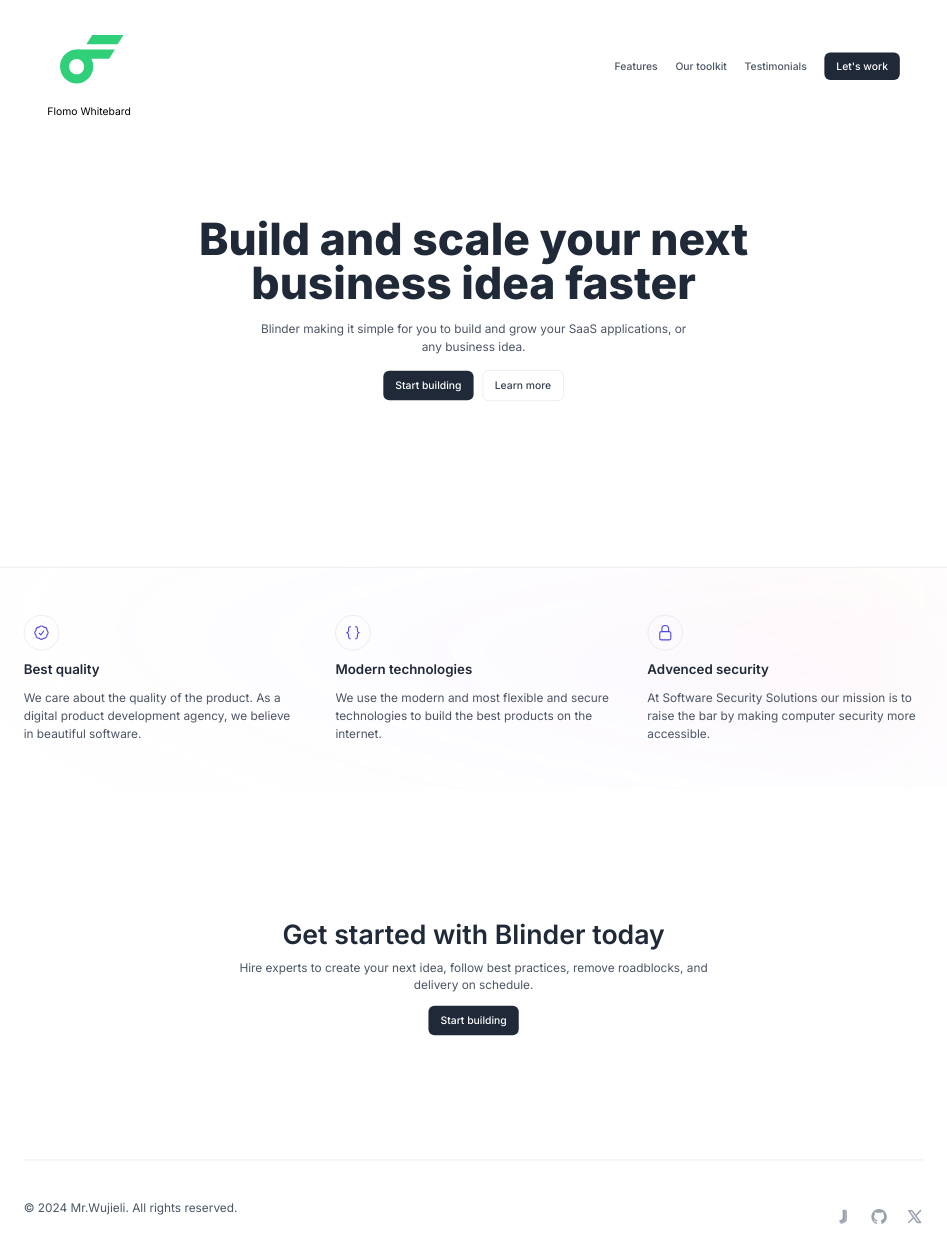
Repository: wujieli0207/flomo-board
Page: /
These files come from the project's save history. The page is drawn as it stood at one moment and after the next save; the edit follows.
The browser window is 1280 px wide. The pictures show the whole page, at 74% of full size.
The project was rebuilt for these pictures with package versions that can differ from the ones it lists, and the page was loaded fresh each time. The framework's server and built-in components were replaced by stand-ins that run in the browser. Also part of the build but not shown: next.config.mjs.

Above is the page before, as saved 2024-06-22 19:59:23.

### app/page.tsx
import GradientWrapper from '@/components/GradientWrapper'
import Features from '@/components/ui/Features'
import Footer from '@/components/ui/Footer'
import FooterCTA from '@/components/ui/FooterCTA'
import Hero from '@/components/ui/Hero'
import Navbar from '@/components/ui/Navbar'

export default function Home() {
  return (
    <>
      <Navbar />
      <main className="flex min-h-screen flex-col items-center justify-between">
        <Hero />
        <GradientWrapper>
          <Features />
        </GradientWrapper>
        <FooterCTA />
      </main>
      <Footer />
    </>
  )
}

### app/globals.css
@tailwind base;
@tailwind components;
@tailwind utilities;

.custom-screen {
  @apply max-w-screen-xl mx-auto px-4 md:px-8;
}

.gradient-border {
  border: 1px solid transparent;
  background: linear-gradient(white, white),
    linear-gradient(
      25deg,
      rgba(209, 213, 219, 1),
      rgba(209, 213, 219, 1),
      rgba(0, 0, 0, 0.63),
      rgba(209, 213, 219, 1),
      rgba(209, 213, 219, 1)
    );
  background-clip: padding-box, border-box;
  background-origin: padding-box, border-box;
}

### components/GradientWrapper.tsx
import { ReactNode } from 'react'

interface IProps {
  children: ReactNode
  className?: string
}

const GradientWrapper = ({ children, className = '' }: IProps) => (
  <div
    className={`relative overflow-hidden my-16 border-t sm:my-28 ${
      className ?? ''
    }`}
  >
    <div
      className="blur-[100px] absolute inset-0 w-full h-full"
      style={{
        background:
          'linear-gradient(202.72deg, rgba(237, 78, 80, 0.05) 14.76%, rgba(152, 103, 240, 0.04) 34.37%, rgba(152, 103, 240, 0) 86.62%)',
      }}
    ></div>
    <div className="relative">{children}</div>
  </div>
)

export default GradientWrapper

### components/ui/Features/index.tsx
import SectionWrapper from '../../SectionWrapper'

const Features = () => {
  const features = [
    {
      icon: (
        <svg
          xmlns="http://www.w3.org/2000/svg"
          fill="none"
          viewBox="0 0 24 24"
          strokeWidth={1.5}
          stroke="currentColor"
          className="w-6 h-6"
        >
          <path
            strokeLinecap="round"
            strokeLinejoin="round"
            d="M9 12.75L11.25 15 15 9.75M21 12c0 1.268-.63 2.39-1.593 3.068a3.745 3.745 0 01-1.043 3.296 3.745 3.745 0 01-3.296 1.043A3.745 3.745 0 0112 21c-1.268 0-2.39-.63-3.068-1.593a3.746 3.746 0 01-3.296-1.043 3.745 3.745 0 01-1.043-3.296A3.745 3.745 0 013 12c0-1.268.63-2.39 1.593-3.068a3.745 3.745 0 011.043-3.296 3.746 3.746 0 013.296-1.043A3.746 3.746 0 0112 3c1.268 0 2.39.63 3.068 1.593a3.746 3.746 0 013.296 1.043 3.746 3.746 0 011.043 3.296A3.745 3.745 0 0121 12z"
          />
        </svg>
      ),
      title: 'Best quality',
      desc: 'We care about the quality of the product. As a digital product development agency, we believe in beautiful software.',
    },
    {
      icon: (
        <svg
          className="w-6 h-6"
          viewBox="0 0 24 24"
          fill="none"
          xmlns="http://www.w3.org/2000/svg"
        >
          <path
            fill-rule="evenodd"
            clip-rule="evenodd"
            d="M9 4.476V3H8.865C8.3955 3 7.941 3.093 7.5015 3.2775C7.06407 3.46087 6.66854 3.73136 6.339 4.0725C6.01829 4.39483 5.76667 4.77915 5.5995 5.202V5.2035C5.45069 5.60502 5.35097 6.02305 5.3025 6.4485V6.4515C5.25984 6.8816 5.24781 7.31419 5.2665 7.746C5.2845 8.181 5.2935 8.616 5.2935 9.0495C5.2935 9.354 5.2335 9.639 5.118 9.9075V9.909C4.89786 10.433 4.48805 10.8546 3.9705 11.0895C3.70659 11.2048 3.42148 11.2635 3.1335 11.262H3V12.738H3.135C3.4275 12.738 3.705 12.798 3.969 12.9195L3.9705 12.921C4.2375 13.038 4.464 13.197 4.653 13.398L4.656 13.401C4.851 13.596 5.0055 13.8285 5.1165 14.0985L5.118 14.1015C5.235 14.3715 5.2935 14.6535 5.2935 14.9505C5.2935 15.3855 5.2845 15.8205 5.2665 16.254C5.2485 16.698 5.2605 17.1315 5.3025 17.559V17.5605C5.352 17.985 5.451 18.3975 5.598 18.7965V18.798C5.757 19.2075 6.0045 19.584 6.339 19.9275C6.6735 20.2725 7.062 20.538 7.5015 20.7225C7.941 20.907 8.3955 21 8.8665 21H9V19.524H8.865C8.565 19.524 8.2845 19.467 8.0205 19.3515C7.76585 19.2325 7.53389 19.0701 7.335 18.8715C7.14192 18.666 6.98519 18.4291 6.8715 18.171C6.7605 17.901 6.7065 17.616 6.7065 17.3115C6.7065 16.9695 6.711 16.632 6.723 16.3035C6.735 15.9615 6.735 15.6285 6.723 15.306C6.71771 14.9845 6.69015 14.6637 6.6405 14.346C6.59278 14.0326 6.50819 13.726 6.3885 13.4325C6.15504 12.8646 5.77322 12.3698 5.283 12C5.77377 11.6304 6.15612 11.1356 6.39 10.5675C6.51 10.2795 6.5925 9.978 6.642 9.6645C6.6915 9.3495 6.7185 9.03 6.7245 8.7045C6.7365 8.3745 6.7365 8.0415 6.7245 7.7055C6.7125 7.3695 6.7065 7.0305 6.7065 6.6885C6.7039 6.25858 6.82703 5.83727 7.06076 5.47643C7.29448 5.11558 7.6286 4.83093 8.022 4.6575C8.28687 4.53605 8.57512 4.4741 8.8665 4.476H9ZM15 19.524V21H15.135C15.6045 21 16.059 20.907 16.4985 20.7225C16.938 20.538 17.3265 20.2725 17.661 19.9275C17.9955 19.5825 18.243 19.2075 18.4005 18.798V18.7965C18.5505 18.3975 18.648 17.982 18.6975 17.5515V17.5485C18.7395 17.1285 18.7515 16.698 18.7335 16.254C18.7155 15.819 18.7065 15.384 18.7065 14.9505C18.7065 14.646 18.7665 14.361 18.882 14.0925V14.091C19.1019 13.5668 19.5118 13.1452 20.0295 12.9105C20.2935 12.7954 20.5785 12.7367 20.8665 12.738H21V11.262H20.865C20.571 11.262 20.2935 11.202 20.0295 11.0805L20.028 11.079C19.7705 10.968 19.5382 10.8057 19.3455 10.602L19.3425 10.599C19.1443 10.3993 18.9878 10.1622 18.882 9.9015V9.8985C18.7648 9.63083 18.7045 9.34171 18.705 9.0495C18.705 8.6145 18.714 8.1795 18.732 7.746C18.7507 7.3107 18.7387 6.87461 18.696 6.441V6.4395C18.6474 6.01715 18.5482 5.60217 18.4005 5.2035V5.202C18.2329 4.77902 17.9807 4.39469 17.6595 4.0725C17.3299 3.7314 16.9344 3.46091 16.497 3.2775C16.0653 3.09415 15.601 2.99977 15.132 3H15V4.476H15.135C15.435 4.476 15.7155 4.533 15.978 4.6485C16.239 4.7715 16.467 4.9305 16.6635 5.1285C16.854 5.3295 17.0085 5.5635 17.127 5.829C17.238 6.099 17.292 6.384 17.292 6.6885C17.292 7.0305 17.2875 7.3665 17.2755 7.6965C17.2635 8.0385 17.2635 8.3715 17.2755 8.694C17.2815 9.027 17.3085 9.3465 17.358 9.654C17.4075 9.975 17.4915 10.278 17.61 10.5675C17.8439 11.1356 18.2263 11.6303 18.717 12C18.2263 12.3697 17.8439 12.8644 17.61 13.4325C17.4912 13.7227 17.4066 14.0257 17.358 14.3355C17.3085 14.6505 17.2815 14.97 17.2755 15.2955C17.2634 15.6284 17.2634 15.9616 17.2755 16.2945C17.2875 16.6305 17.2935 16.9695 17.2935 17.3115C17.2959 17.7414 17.1727 18.1626 16.939 18.5234C16.7053 18.8842 16.3713 19.1689 15.978 19.3425C15.7131 19.4639 15.4249 19.5259 15.1335 19.524H15Z"
            fill="currentColor"
          />
        </svg>
      ),
      title: 'Modern technologies',
      desc: 'We use the modern and most flexible and secure technologies to build the best products on the internet.',
    },
    {
      icon: (
        <svg
          xmlns="http://www.w3.org/2000/svg"
          fill="none"
          viewBox="0 0 24 24"
          strokeWidth={1.5}
          stroke="currentColor"
          className="w-6 h-6"
        >
          <path
            strokeLinecap="round"
            strokeLinejoin="round"
            d="M16.5 10.5V6.75a4.5 4.5 0 10-9 0v3.75m-.75 11.25h10.5a2.25 2.25 0 002.25-2.25v-6.75a2.25 2.25 0 00-2.25-2.25H6.75a2.25 2.25 0 00-2.25 2.25v6.75a2.25 2.25 0 002.25 2.25z"
          />
        </svg>
      ),
      title: 'Advenced security',
      desc: 'At Software Security Solutions our mission is to raise the bar by making computer security more accessible.',
    },
  ]

  return (
    <SectionWrapper>
      <div id="features" className="custom-screen text-gray-600">
        <ul className="grid gap-x-12 gap-y-8 sm:grid-cols-2 lg:grid-cols-3">
          {features.map((item, idx) => (
            <li key={idx} className="space-y-3">
              <div className="w-12 h-12 border text-indigo-600 rounded-full flex items-center justify-center">
                {item.icon}
              </div>
              <h4 className="text-lg text-gray-800 font-semibold">
                {item.title}
              </h4>
              <p>{item.desc}</p>
            </li>
          ))}
        </ul>
      </div>
    </SectionWrapper>
  )
}

export default Features

### components/ui/Footer/index.tsx
import Link from 'next/link'

const socialInfo = [
  {
    icon: (
      <svg
        className="fill-current h-6"
        viewBox="0 0 1024 1024"
        version="1.1"
        xmlns="http://www.w3.org/2000/svg"
        p-id="11966"
      >
        <path
          d="M297.88660622 864.60698169a17.99472925 17.99472925 0 0 1-1.92238933 0.35535076l61.27179093 59.73970488c58.91832035-5.41181725 116.59000035-20.90744035 159.05150293-36.26325333 42.49645511-15.39076551 77.44316302-35.15642311 104.9100288-59.38435413a221.79130027 221.79130027 0 0 0 61.02129778-87.27647574c13.18293049-33.98551325 19.77148302-73.20225565 19.77148302-117.66187804V404.55008711c0-49.51608889 0.18058809-92.43779982 0.53593885-128.73600569 0.35535075-36.3331584 0.57089138-69.10698382 0.57089138-98.42633387l-68.53609245-54.67741297c0 29.24361955-0.18058809 62.01744498-0.53593884 98.31565084s-0.53593885 79.22574222-0.53593884 128.73600569v219.57763982c0 44.45379698-6.58855253 83.6763648-19.77148303 117.62692552a221.8786816 221.8786816 0 0 1-61.02129777 87.27647573c-27.43191325 24.2221056-62.40774827 44.02854115-104.9100288 59.38435413-41.93138915 15.16357405-91.9076864 25.49787307-149.89976463 30.97959538z"
          p-id="11967"
        ></path>
        <path
          d="M634.59018525 122.59965155c0 29.27857209-0.21554062 62.08735005-0.57089138 98.39138134a13396.43221333 13396.43221333 0 0 0-0.53593885 128.77678364v219.57763982c0 44.45379698-6.58855253 83.6763648-19.80643555 117.62692552a221.85537991 221.85537991 0 0 1-60.98634525 87.27647573c-27.46686578 24.2221056-62.44852622 44.02854115-104.9100288 59.38435413s-93.15432675 25.75419165-152.07264711 31.17183432l-33.05927111-142.02379378c26.85519645-2.98261618 53.48320142-7.79441493 79.68595058-14.38879289a165.97210453 165.97210453 0 0 0 59.62902187-28.46301298c18.05880889-14.06839467 31.70194773-31.77767822 40.96436906-53.1103744 9.19251627-21.3385216 13.78294898-49.51608889 13.78294898-84.5676544 0-28.21251982 0.1048576-57.92217315 0.28544569-89.19886507 0.18058809-31.24173938 0.25049315-63.51457849 0.25049315-96.74861226 0-57.85226809-0.25049315-103.83815111-0.786432-137.99842702-0.57089138-34.16027591-0.9961472-66.04281173-1.35149795-95.68256h179.42882987l0.0524288-0.0233017z"
          p-id="11968"
        ></path>
      </svg>
    ),
    href: 'https://web.okjike.com/u/737645D8-42B5-4B4F-9687-DCA50D85DE1A',
  },
  {
    icon: (
      <svg
        className="fill-current h-6 icon"
        viewBox="0 0 1024 1024"
        version="1.1"
        xmlns="http://www.w3.org/2000/svg"
        p-id="10708"
      >
        <path
          d="M511.6 76.3C264.3 76.2 64 276.4 64 523.5 64 718.9 189.3 885 363.8 946c23.5 5.9 19.9-10.8 19.9-22.2v-77.5c-135.7 15.9-141.2-73.9-150.3-88.9C215 726 171.5 718 184.5 703c30.9-15.9 62.4 4 98.9 57.9 26.4 39.1 77.9 32.5 104 26 5.7-23.5 17.9-44.5 34.7-60.8-140.6-25.2-199.2-111-199.2-213 0-49.5 16.3-95 48.3-131.7-20.4-60.5 1.9-112.3 4.9-120 58.1-5.2 118.5 41.6 123.2 45.3 33-8.9 70.7-13.6 112.9-13.6 42.4 0 80.2 4.9 113.5 13.9 11.3-8.6 67.3-48.8 121.3-43.9 2.9 7.7 24.7 58.3 5.5 118 32.4 36.8 48.9 82.7 48.9 132.3 0 102.2-59 188.1-200 212.9 23.5 23.2 38.1 55.4 38.1 91v112.5c0.8 9 0 17.9 15 17.9 177.1-59.7 304.6-227 304.6-424.1 0-247.2-200.4-447.3-447.5-447.3z"
          p-id="10709"
        ></path>
      </svg>
    ),
    href: 'https://github.com/wujieli0207',
  },
  {
    icon: (
      <svg
        xmlns="http://www.w3.org/2000/svg"
        width="24"
        height="24"
        viewBox="0 0 24 24"
        fill="none"
        stroke="currentColor"
        stroke-width="2"
        stroke-linecap="round"
        stroke-linejoin="round"
      >
        <path stroke="none" d="M0 0h24v24H0z" fill="none" />
        <path d="M4 4l11.733 16h4.267l-11.733 -16z" />
        <path d="M4 20l6.768 -6.768m2.46 -2.46l6.772 -6.772" />
      </svg>
    ),
    href: 'https://x.com/li_wujie',
  },
]

const Footer = () => (
  <footer>
    <div className="custom-screen pt-16">
      <div className="mt-10 py-10 border-t items-center justify-between sm:flex">
        <p className="text-gray-600">
          © 2024{' '}
          <Link
            href="https://wujieli.com"
            target="_blank"
            className="hover:text-gray-800 hover:underline duration-150"
          >
            Mr.Wujieli
          </Link>
          . All rights reserved.
        </p>
        <div className="flex items-center gap-x-6 text-gray-400 mt-6">
          {socialInfo.map((item, idx) => (
            <a
              key={idx}
              href={item.href}
              aria-label="social media"
              target="_blank"
              rel="noreferrer"
            >
              {item.icon}
            </a>
          ))}
        </div>
      </div>
    </div>
  </footer>
)

export default Footer

### components/ui/FooterCTA/index.tsx
import SectionWrapper from '../../SectionWrapper'
import NavLink from '../NavLink'

const FooterCTA = () => (
  <SectionWrapper>
    <div className="custom-screen">
      <div className="max-w-2xl mx-auto text-center">
        <h2 className="text-gray-800 text-3xl font-semibold sm:text-4xl">
          Get started with Blinder today
        </h2>
        <p className="mt-3 text-gray-600">
          Hire experts to create your next idea, follow best practices, remove
          roadblocks, and delivery on schedule.
        </p>
        <NavLink
          href="/get-started"
          className="mt-4 inline-block font-medium text-sm text-white bg-gray-800 hover:bg-gray-600 active:bg-gray-900"
        >
          Start building
        </NavLink>
      </div>
    </div>
  </SectionWrapper>
)

export default FooterCTA

### components/ui/Hero/index.tsx
import NavLink from '../NavLink'

const Hero = () => (
  <section>
    <div className="custom-screen py-28 text-gray-600">
      <div className="space-y-5 max-w-4xl mx-auto text-center">
        <h1 className="text-4xl text-gray-800 font-extrabold mx-auto sm:text-6xl">
          Build and scale your next business idea faster
        </h1>
        <p className="max-w-xl mx-auto">
          Blinder making it simple for you to build and grow your SaaS
          applications, or any business idea.
        </p>
        <div className="flex items-center justify-center gap-x-3 font-medium text-sm">
          <NavLink
            href="/get-started"
            className="text-white bg-gray-800 hover:bg-gray-600 active:bg-gray-900 "
          >
            Start building
          </NavLink>
          <NavLink
            href="#cta"
            className="text-gray-700 border hover:bg-gray-50"
          >
            Learn more
          </NavLink>
        </div>
      </div>
    </div>
  </section>
)

export default Hero

### components/ui/Navbar/index.tsx
'use client'

import Link from 'next/link'
import { useEffect, useState } from 'react'
import Brand from '../Brand'
import NavLink from '../NavLink'

const Navbar = () => {
  const [state, setState] = useState(false)
  // const { events } = useRouter()

  const navigation = [
    { title: 'Features', path: '#features' },
    { title: 'Our toolkit', path: '#toolkit' },
    { title: 'Testimonials', path: '#testimonials' },
  ]

  useEffect(() => {
    // Close the navbar menu when navigate
    const handleState = () => {
      document.body.classList.remove('overflow-hidden')
      setState(false)
    }
    // events.on('routeChangeStart', () => handleState())
    // events.on('hashChangeStart', () => handleState())
  }, [])

  const handleNavMenu = () => {
    setState(!state)
    document.body.classList.toggle('overflow-hidden')
  }

  return (
    <nav
      className={`bg-white w-full px-8 md:static md:text-sm ${
        state ? 'fixed z-10 h-full' : ''
      }`}
    >
      <div className="custom-screen items-center mx-auto md:flex">
        <div className="flex items-center justify-between py-3 md:py-5 md:block">
          <Brand />
          <div className="md:hidden">
            <button
              role="button"
              aria-label="Open the menu"
              className="text-gray-500 hover:text-gray-800"
              onClick={handleNavMenu}
            >
              {state ? (
                <svg
                  xmlns="http://www.w3.org/2000/svg"
                  className="h-6 w-6"
                  viewBox="0 0 20 20"
                  fill="currentColor"
                >
                  <path
                    fillRule="evenodd"
                    d="M4.293 4.293a1 1 0 011.414 0L10 8.586l4.293-4.293a1 1 0 111.414 1.414L11.414 10l4.293 4.293a1 1 0 01-1.414 1.414L10 11.414l-4.293 4.293a1 1 0 01-1.414-1.414L8.586 10 4.293 5.707a1 1 0 010-1.414z"
                    clipRule="evenodd"
                  />
                </svg>
              ) : (
                <svg
                  xmlns="http://www.w3.org/2000/svg"
                  fill="none"
                  viewBox="0 0 24 24"
                  strokeWidth={1.5}
                  stroke="currentColor"
                  className="w-6 h-6"
                >
                  <path
                    strokeLinecap="round"
                    strokeLinejoin="round"
                    d="M3.75 6.75h16.5M3.75 12h16.5m-16.5 5.25h16.5"
                  />
                </svg>
              )}
            </button>
          </div>
        </div>
        <div
          className={`flex-1 pb-3 mt-8 md:pb-0 md:mt-0 md:block ${
            state ? '' : 'hidden'
          }`}
        >
          <ul className="text-gray-700 justify-end items-center space-y-6 md:flex md:space-x-6 md:space-y-0 md:text-gray-600 md:font-medium">
            {navigation.map((item, idx) => {
              return (
                <li key={idx} className="duration-150 hover:text-gray-900">
                  <Link href={item.path} className="block">
                    {item.title}
                  </Link>
                </li>
              )
            })}
            <li>
              <NavLink
                href="/get-started"
                className="block font-medium text-sm text-white bg-gray-800 hover:bg-gray-600 active:bg-gray-900 md:inline"
              >
                Let's work
              </NavLink>
            </li>
          </ul>
        </div>
      </div>
    </nav>
  )
}

export default Navbar

### components/SectionWrapper.tsx
import { ReactNode } from 'react'

interface IProps {
  children: ReactNode
  id?: string
  className?: string
}

const SectionWrapper = ({ children, id, className }: IProps) => (
  <section id={id} className={`py-16 ${className ?? ''}`}>
    {children}
  </section>
)

export default SectionWrapper

### components/ui/NavLink/index.tsx
import Link from 'next/link'
import { ReactNode } from 'react'

interface IProps {
  children: ReactNode
  href: string
  className?: string
}

const NavLink = ({ children, href, className = '' }: IProps) => (
  <Link
    href={href}
    className={`py-2.5 px-4 text-center rounded-lg duration-150 ${className}`}
  >
    {children}
  </Link>
)

export default NavLink

### components/ui/Brand/index.tsx
import Image from 'next/image'
import Link from 'next/link'

const Brand = () => (
  <Link href="/">
    <Image src="/logo.svg" width={120} height={50} alt="logo" />
    Flomo Whitebard
  </Link>
)
export default Brand

### tailwind.config.ts
import type { Config } from 'tailwindcss'

const config: Config = {
  content: [
    './pages/**/*.{js,ts,jsx,tsx,mdx}',
    './components/**/*.{js,ts,jsx,tsx,mdx}',
    './app/**/*.{js,ts,jsx,tsx,mdx}',
  ],
  theme: {
    extend: {
      backgroundImage: {
        'gradient-radial': 'radial-gradient(var(--tw-gradient-stops))',
        'gradient-conic':
          'conic-gradient(from 180deg at 50% 50%, var(--tw-gradient-stops))',
      },
    },
  },
  plugins: [
    require('@tailwindcss/forms')({
      strategy: 'class', // only generate classes
    }),
  ],
}
export default config

Loaded but not shown: app/layout.tsx (common file)

After the next save:
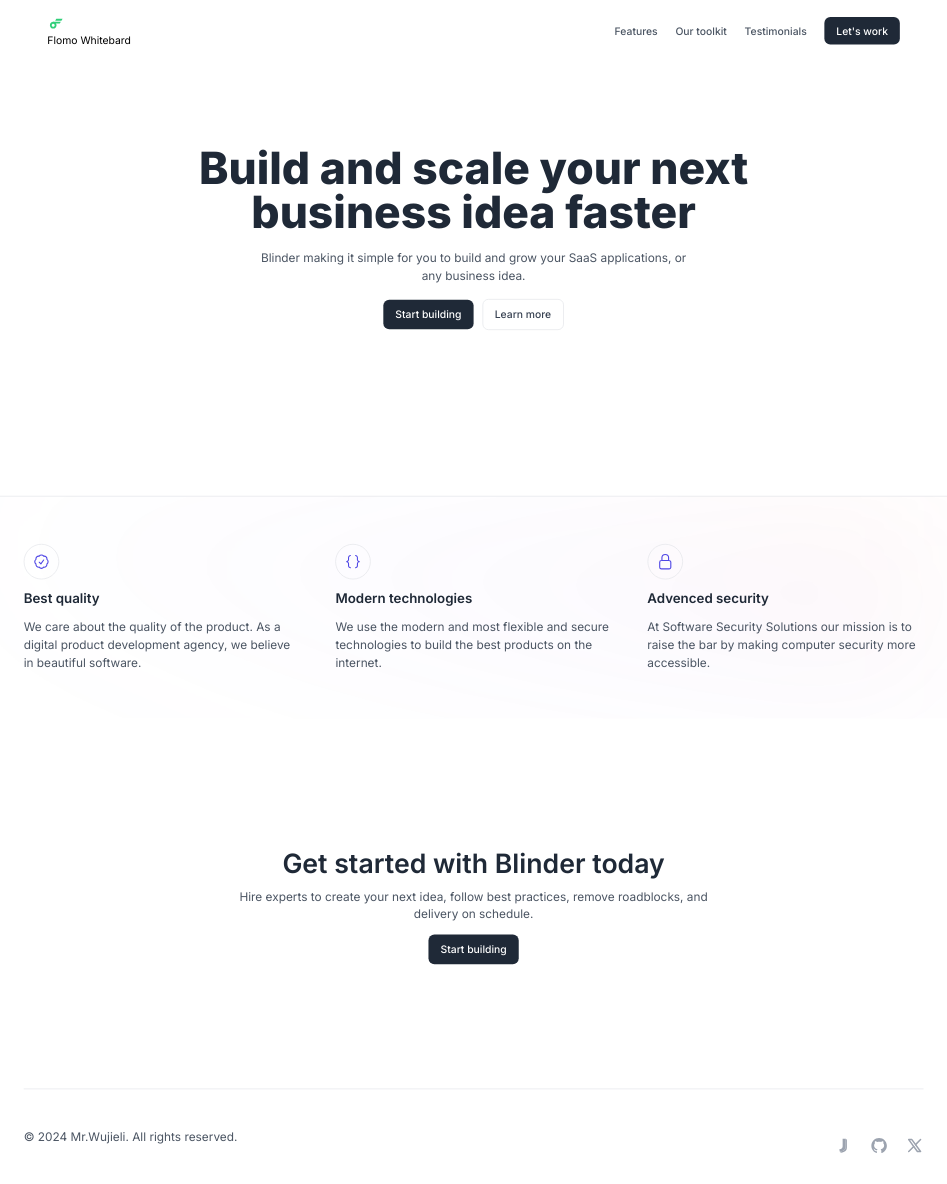
Saved 13 s later.
--- a/components/ui/Brand/index.tsx
+++ b/components/ui/Brand/index.tsx
@@ -3,7 +3,7 @@
 
 const Brand = () => (
   <Link href="/">
-    <Image src="/logo.svg" width={120} height={50} alt="logo" />
+    <Image src="/logo.svg" width={24} height={24} alt="logo" />
     Flomo Whitebard
   </Link>
 )
